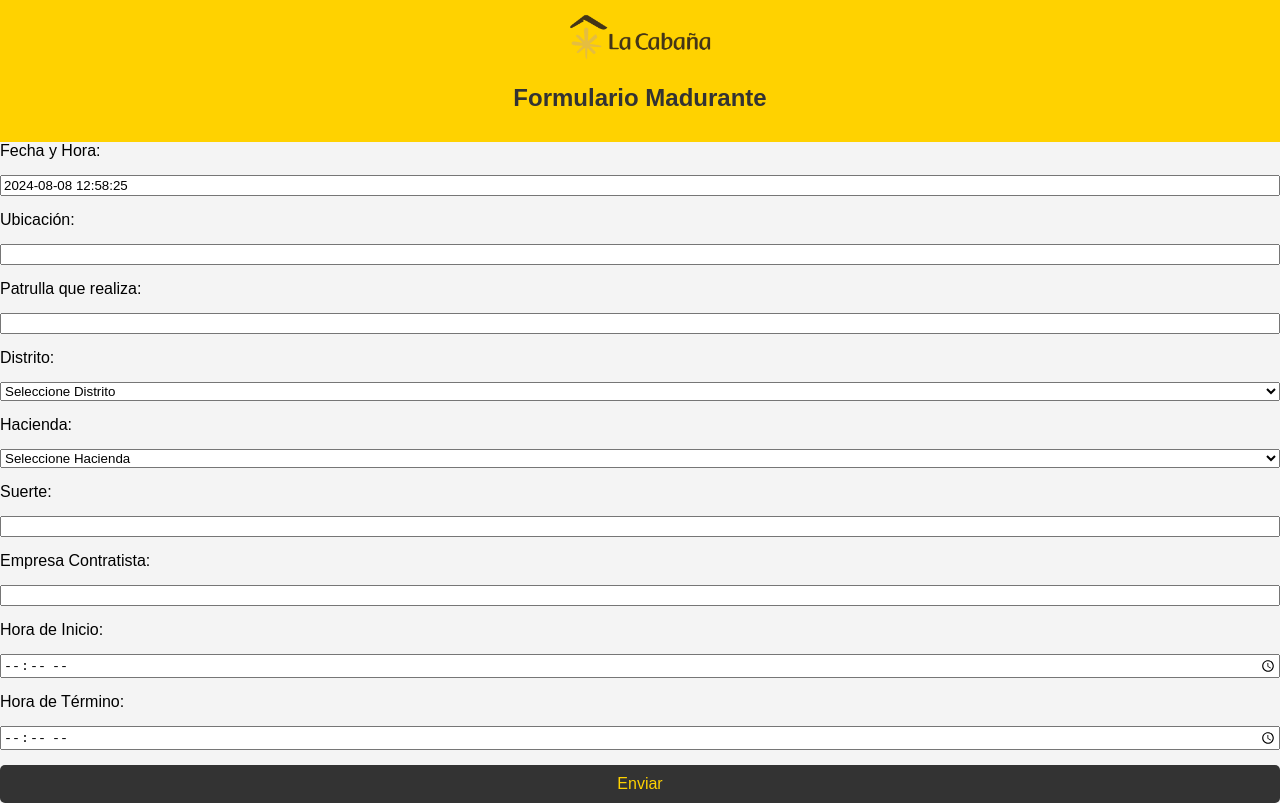
Repository: tayuanlogua/prototipo-de-control-de-accesos
Page: Patrullas/src/madurante.html
The author's editor kept a copy of each file at every save. The page is drawn from the files as they stood at one save, then again after the next save.
The browser window is 1280 px wide. The pictures show the whole page.

Above is the page before, as saved 2024-08-29 13:36:49.

After the next save:
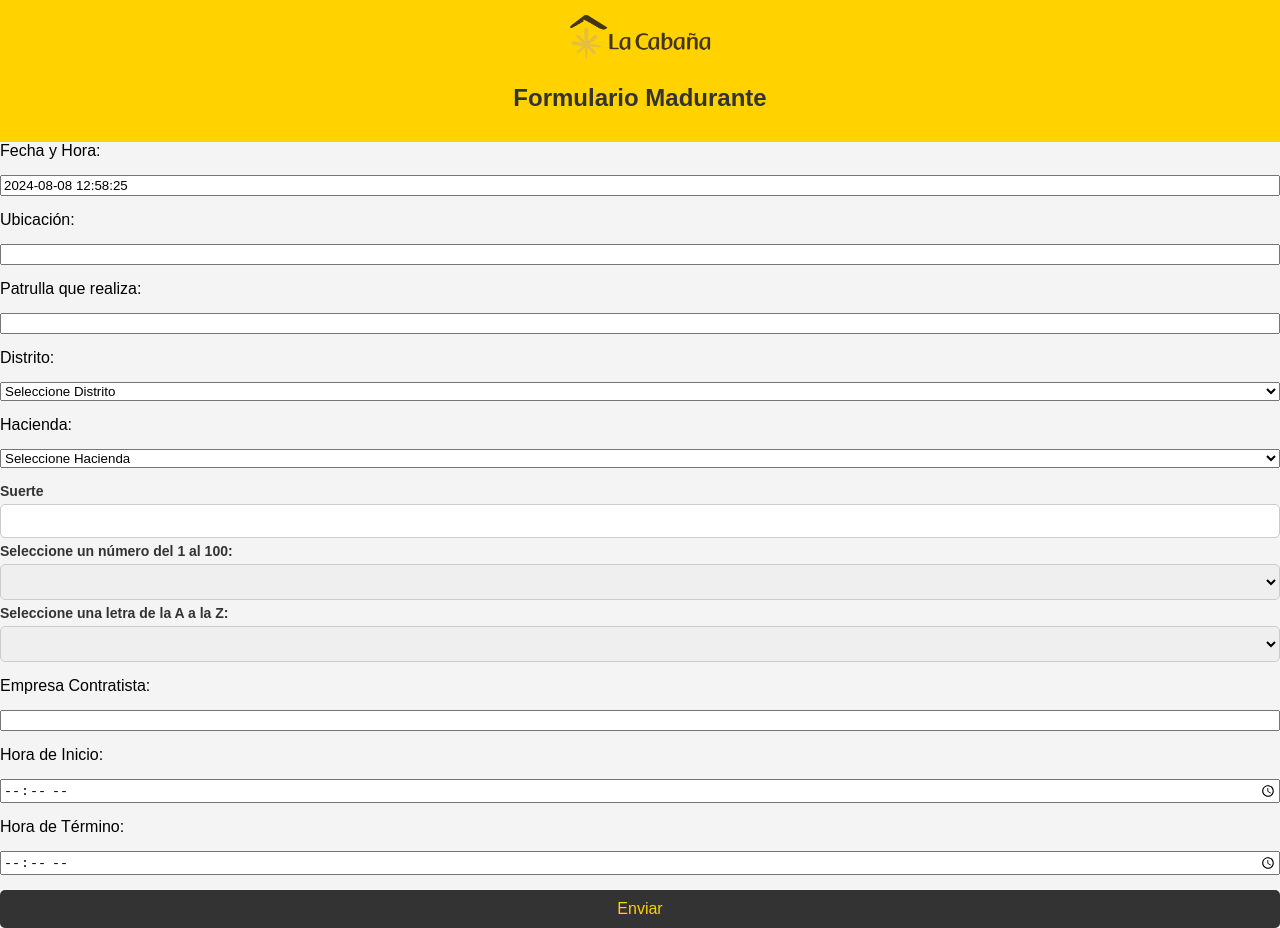
Saved 3 min 50 s later.
--- a/Patrullas/src/madurante.html
+++ b/Patrullas/src/madurante.html
@@ -43,9 +43,16 @@
           <option value="">Seleccione Hacienda</option>
         </select>
 
-        <!-- Suerte -->
-        <label for="suerte">Suerte:</label>
-        <input type="text" id="suerte" name="suerte" required />
+        <div class="form-group">
+          <label for="suerte">Suerte</label>
+          <input type="text" id="suerte" name="suerte" required readonly />
+
+          <label for="numeroSuerte">Seleccione un número del 1 al 100:</label>
+          <select id="numeroSuerte"></select>
+
+          <label for="letraSuerte">Seleccione una letra de la A a la Z:</label>
+          <select id="letraSuerte"></select>
+        </div>
 
         <!-- Empresa contratista -->
         <label for="empresa_contratista">Empresa Contratista:</label>
